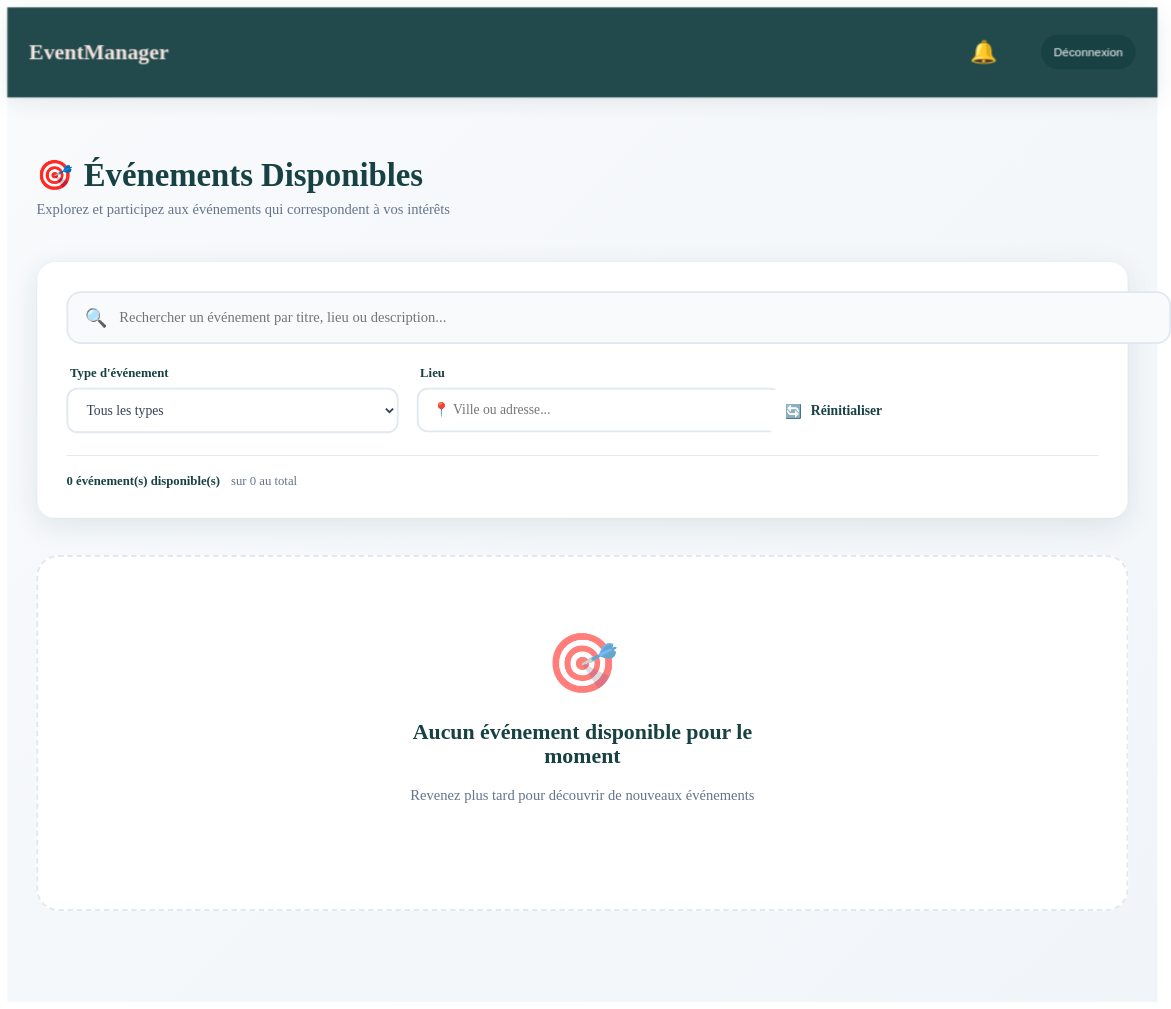
Repository: RADJA-A/DahiliRadja_Pjt_IW
Page: /participant/evenements (app in Front/gerement/)
The author's editor kept a copy of each file at every save. The page is drawn from the files as they stood at one save, then again after the next save.
The browser window is 1280 px wide. The page is 1287 px wide, so the pictures cover 1287 px, including what lies to the right of the window. The pictures show the whole page, at 91% of full size.
The project was rebuilt for these pictures with package versions that can differ from the ones it lists, and the page was loaded fresh each time. Also part of the build but not shown: Front/gerement/angular.json, Front/gerement/src/app/pages/home/home.component.ts, Front/gerement/src/app/components/avantages/avantages.component.ts, Front/gerement/src/app/components/procedure/procedure.component.ts, Front/gerement/src/app/components/services/services.component.ts, Front/gerement/src/app/pages/login/login.component.ts, Front/gerement/src/app/core/services/auth.service.ts, Front/gerement/src/app/pages/signin/signin.component.ts and 8 more.

Above is the page before, as saved 2025-12-15 17:08:57.

### Front/gerement/src/index.html
<!doctype html>
<html lang="en">
<head>
  <meta charset="utf-8">
  <title>Gerement</title>
  <base href="/">
  <meta name="viewport" content="width=device-width, initial-scale=1">
   <link rel="icon" type="image/x-icon" href="1.png">
</head>
<body>


  <app-root></app-root>
</body>
</html>

### Front/gerement/src/app/app.config.ts
import { ApplicationConfig, provideZoneChangeDetection } from '@angular/core';
import { provideRouter } from '@angular/router';
import { provideHttpClient, withInterceptors } from '@angular/common/http';
import { routes } from './app.routes';
import { authInterceptor } from './interceptors/auth.interceptor'; // Notez : pas de AuthInterceptor class

export const appConfig: ApplicationConfig = {
  providers: [
    provideZoneChangeDetection({ eventCoalescing: true }),
    provideRouter(routes),
    provideHttpClient(
      withInterceptors([authInterceptor])  // Utilisez la fonction
    )
  ]
};

### Front/gerement/src/app/app.component.ts
import { Component } from '@angular/core';
import { CommonModule } from '@angular/common';
import { Router, RouterOutlet, NavigationEnd } from '@angular/router';
import { HeaderComponent } from './components/header/header.component';
import { FooterComponent } from './components/footer/footer.component';
import { NavbarComponent } from './components/navbar/navbar.component';
import { filter } from 'rxjs/operators';

@Component({
  selector: 'app-root',
  standalone: true,
  imports: [
    CommonModule,
    RouterOutlet,
    HeaderComponent,
    FooterComponent,
    NavbarComponent // ← Ajout
  ],
  templateUrl: './app.component.html',
  styleUrls: ['./app.component.css']
})
export class AppComponent {
  title = 'gerement';
  showNavbar = false;

  constructor(private router: Router) {
    // Déterminer quand afficher la navbar
    this.router.events.pipe(
      filter(event => event instanceof NavigationEnd)
    ).subscribe((event: any) => {
      const url = event.url;
      this.showNavbar = !['/', '/login', '/signin'].includes(url);
    });
  }
}

### Front/gerement/src/app/app.routes.ts
import { Routes } from '@angular/router';
import { HomeComponent } from './pages/home/home.component';
import { LoginComponent } from './pages/login/login.component';
import { SigninComponent } from './pages/signin/signin.component';

// Organisateur
import { DashboardOrganisateurComponent } from './pages/organisateur/dashboard-organisateur/dashboard-organisateur.component';
import { MesEvenementsComponent } from './pages/organisateur/mes-evenements/mes-evenements.component';
import { CreerEvenementComponent } from './pages/organisateur/creer-evenement/creer-evenement.component';
import { ParticipantsEvenementComponent } from './pages/organisateur/participants-evenement/participants-evenement.component';
import { ModifierEvenementComponent } from './pages/organisateur/modifier-evenement/modifier-evenement.component';
// Participant
import { EvenementsDisponiblesComponent } from './pages/participant/evenements-disponibles/evenements-disponibles.component';
import { MesInscriptionsComponent } from './pages/participant/mes-inscriptions/mes-inscriptions.component';
import { DetailEvenementComponent } from './pages/participant/detail-evenement/detail-evenement.component';

export const routes: Routes = [
  { path: '', component: HomeComponent },
  { path: 'login', component: LoginComponent },
  { path: 'signin', component: SigninComponent },

  // Routes Organisateur
  { path: 'organisateur/dashboard', component: DashboardOrganisateurComponent },
  { path: 'organisateur/mes-evenements', component: MesEvenementsComponent },
  { path: 'organisateur/creer-evenement', component: CreerEvenementComponent },
   { path: 'organisateur/modifier-evenement/:id', component: ModifierEvenementComponent }, // ← AJOUT

  { path: 'organisateur/participants/:id', component: ParticipantsEvenementComponent },

  // Routes Participant
  { path: 'participant/evenements', component: EvenementsDisponiblesComponent },
  { path: 'participant/mes-inscriptions', component: MesInscriptionsComponent },
  { path: 'participant/evenement/:id', component: DetailEvenementComponent },

  { path: '**', redirectTo: '' }
];

### Front/gerement/src/app/interceptors/auth.interceptor.ts
// src/app/interceptors/auth.interceptor.ts
import { HttpInterceptorFn } from '@angular/common/http';
import { inject } from '@angular/core';
import { AuthService } from '../services/auth.service';

export const authInterceptor: HttpInterceptorFn = (req, next) => {
  const authService = inject(AuthService);
  const authHeaders = authService.getAuthHeaders();

  // Si pas de headers d'auth, passer à la suite
  if (Object.keys(authHeaders).length === 0) {
    return next(req);
  }

  // Pas besoin de convertir, authHeaders est déjà un objet simple
  const authReq = req.clone({
    setHeaders: authHeaders
  });

  return next(authReq);
};

### Front/gerement/src/app/app.component.html
<app-header *ngIf="!showNavbar"></app-header>
<app-navbar *ngIf="showNavbar"></app-navbar>
<router-outlet></router-outlet>
<app-footer *ngIf="!showNavbar"></app-footer>

### Front/gerement/src/app/components/header/header.component.ts
import { Component } from '@angular/core';
import { Router, RouterModule } from '@angular/router';

@Component({
  selector: 'app-header',
  standalone: true,
  imports: [RouterModule],
  templateUrl: './header.component.html',
  styleUrls: ['./header.component.css']
})
export class HeaderComponent {
  constructor(private router: Router) {}

  navigateToLogin() {
    this.router.navigate(['/login']);
  }

  navigateToSignin() {
    this.router.navigate(['/signin']);
  }

}

### Front/gerement/src/app/components/navbar/navbar.component.ts
import { Component, OnInit } from '@angular/core';
import { Router, RouterModule } from '@angular/router';
import { CommonModule } from '@angular/common';
import { NotificationsComponent } from '../notifications/notifications.component';
import { NotificationService } from '../../services/notification.service';

@Component({
  selector: 'app-navbar',
  imports: [CommonModule,NotificationsComponent,RouterModule],
  templateUrl: './navbar.component.html',
  styleUrls: ['./navbar.component.css']
})
export class NavbarComponent implements OnInit {
  user: any;
  notificationsCount = 0;
  showNotifications = false;

  constructor(
    private router: Router,
    private notificationService: NotificationService
  ) {}

  ngOnInit() {
    const userStr = localStorage.getItem('user');
    if (userStr) {
      this.user = JSON.parse(userStr);
      this.loadNotificationsCount();
    }
  }

  loadNotificationsCount() {
    this.notificationService.getNotificationsNonLues(this.user.id).subscribe(
      (notifications) => {
        this.notificationsCount = notifications.length;
      }
    );
  }

  toggleNotifications() {
    this.showNotifications = !this.showNotifications;
  }

  logout() {
    localStorage.removeItem('user');
    this.router.navigate(['/login']);
  }

  // Fix role check with multiple possibilities
  isOrganisateur(): boolean {
    const role = this.user?.role;
    console.log('Checking role:', role); // Debug log
    return role === 'ORGANIZER' || role === 'ADMIN';
  }

  // Add isParticipant method
  isParticipant(): boolean {
    const role = this.user?.role;
    return role === 'PARTICIPANT';
  }
}

### Front/gerement/src/app/components/header/header.component.html
<div id="logindiv">
  <nav>
    <h1>Gerement</h1>
    <ul class="liste">
      <li><a href="#avantages">Avantages</a></li>
      <li><a href="#services">Nos services</a></li>
      <li><a href="#procedure">Procedure</a></li>
    </ul>

    <!-- Wrap the buttons -->
    <div class="button-group">
      <button id="connectbtn" (click)="navigateToLogin()">Se connecter</button>
      <button id="signinbtn" (click)="navigateToSignin()">S'inscrire</button>
    </div>
  </nav>
</div>

### Front/gerement/src/app/components/header/header.component.css
*{
    font-family: DM sans-serif ;
}


body::-webkit-scrollbar {
    width : 10px;
}

body::-webkit-scrollbar-track {
    background :#174143;
}

body::-webkit-scrollbar-thumb {
    background-color :#F5E5E1;
    border-radius: 10px 10px ;
}


nav {
    display: flex;
    justify-content: space-between; /* h1 left, everything else right */
    align-items: center;
    padding: 0 20px;
}

.button-group {
    display: flex;
    gap: 10px; /* space between the two buttons */
}


nav h1 {
    color: #174143;
    margin: 0;
}

nav ul {
    display: flex;
    list-style: none;
    margin: 0;
    padding: 0;
    gap: 30px;
    align-items: center;
    font-size: 20px;
}

nav ul li {
    margin: 0;
    padding: 0;
}

nav ul li a {
    text-decoration: none;
    color: black;
    line-height: 1;
    display: flex;
    align-items: center;
}

nav ul li a:hover{
    font-weight: bold;
}


button{
    border: none;
    border-radius: 50px;
     background-color:  #174143;
    color: white;
    height : 48px;
    width : 134px;
    font-size: 19px;
}

button:hover{
    cursor: pointer;
    transition : 0.2s ease-in-out  ;
    background-color:  #F5E5E1;
    color:  #174143;
}

### Front/gerement/src/app/components/footer/footer.component.html
<footer class="custom-footer">
  <div class="footer-section">
    <p>Université d'alger 1</p>
    <p>Alger centre</p>
    <p>Alger, Algerie</p>
  </div>



  <div class="footer-bottom">
    <p>Gerement™</p>
    <p>© 2025 All Rights Reserved</p>
  </div>
</footer>

### Front/gerement/src/app/components/footer/footer.component.css
.custom-footer {
  background: #174143;
  padding: 30px;
  text-align: center;
  color: #F5E5E1;
  font-family: Arial, sans-serif;
  border-top: 1px solid #ddd;
}


.footer-bottom {
  margin-top: 15px;
  font-size: 13px;
  color: #d7beb8;
}

### Front/gerement/src/app/components/navbar/navbar.component.html
<nav class="navbar">
  <div class="navbar-container">
    <div class="navbar-brand">
      <h2>EventManager</h2>
    </div>

    <div class="navbar-menu">
      <ng-container *ngIf="isOrganisateur()">
        <!-- Add routerLink directive -->
        <a [routerLink]="['/organisateur/dashboard']" routerLinkActive="active">Dashboard</a>
        <a [routerLink]="['/organisateur/mes-evenements']" routerLinkActive="active">Mes Événements</a>
        <a [routerLink]="['/organisateur/creer-evenement']" routerLinkActive="active">Créer</a>
      </ng-container>

      <ng-container *ngIf="isParticipant()">
        <!-- Add routerLink directive -->
        <a [routerLink]="['/participant/evenements']" routerLinkActive="active">Événements</a>
        <a [routerLink]="['/participant/mes-inscriptions']" routerLinkActive="active">Mes Inscriptions</a>

      </ng-container>
    </div>

    <div class="navbar-actions">
      <div class="notification-btn" (click)="toggleNotifications()">
        <span class="icon">🔔</span>
        <span class="badge-notif" *ngIf="notificationsCount > 0">{{ notificationsCount }}</span>
      </div>

      <div class="user-menu">
        <span>{{ user?.prenom }} {{ user?.nom }}</span>
        <button class="btn btn-secondary" (click)="logout()">Déconnexion</button>
      </div>
    </div>
  </div>

  <!-- Dropdown notifications -->
  <app-notifications *ngIf="showNotifications" [userId]="user?.id"></app-notifications>
</nav>

### Front/gerement/src/app/components/navbar/navbar.component.css
.navbar {
  background: rgba(23, 65, 67, 0.95);
  backdrop-filter: blur(10px);
  box-shadow: 0 4px 24px rgba(23, 65, 67, 0.1);
  position: sticky;
  top: 0;
  z-index: 1000;
}

.navbar-container {
  max-width: 1400px;
  margin: 0 auto;
  padding: 16px 24px;
  display: flex;
  justify-content: space-between;
  align-items: center;
}

.navbar-brand h2 {
  color: #F5E5E1;
  font-size: 24px;
  font-weight: 700;
}

.navbar-menu {
  display: flex;
  gap: 32px;
}

.navbar-menu a {
  color: #F5E5E1;
  text-decoration: none;
  font-weight: 500;
  padding: 8px 16px;
  border-radius: 8px;
  transition: all 0.3s ease;
}

.navbar-menu a:hover,
.navbar-menu a.active {
  background: rgba(245, 229, 225, 0.1);
  color: white;
}

.navbar-actions {
  display: flex;
  align-items: center;
  gap: 24px;
}

.notification-btn {
  position: relative;
  cursor: pointer;
  padding: 8px;
  border-radius: 50%;
  transition: background 0.3s ease;
}

.notification-btn:hover {
  background: rgba(245, 229, 225, 0.1);
}

.notification-btn .icon {
  font-size: 24px;
}

.badge-notif {
  position: absolute;
  top: 0;
  right: 0;
  background: #dc3545;
  color: white;
  border-radius: 50%;
  width: 20px;
  height: 20px;
  display: flex;
  align-items: center;
  justify-content: center;
  font-size: 11px;
  font-weight: 700;
}

.user-menu {
  display: flex;
  align-items: center;
  gap: 16px;
  color: #F5E5E1;
}

button{
    border: none;
    border-radius: 50px;
     background-color:  #174143;
    color: white;
    height : 38px;
    width : 104px;
    font-size: 13px;
}

button:hover{
    cursor: pointer;
    transition : 0.2s ease-in-out  ;
    background-color:  #F5E5E1;
    color:  #174143;
}

### Front/gerement/src/app/services/evenement.service.ts
import { Injectable } from '@angular/core';
import { HttpClient } from '@angular/common/http';
import { Observable } from 'rxjs';

export interface Evenement {
  id?: number;
  titre: string;
  type: string;
  lieu: string;
  dateDebut: string;
  dateFin: string;
  capaciteMax: number;
  nombreInscrits?: number;
  organisateurId: number;
  statut?: string;
  imageUrl?: string;
  programme?: string;
  placesDisponibles?: number;
}
@Injectable({
  providedIn: 'root'
})
export class EvenementService {
  private apiUrl = 'http://localhost:8082/api/evenements';

  constructor(private http: HttpClient) {}

  // Tous les événements
  getAllEvenements(): Observable<Evenement[]> {
    return this.http.get<Evenement[]>(this.apiUrl);
  }

  // Événements d'un organisateur
  getMesEvenements(organisateurId: number): Observable<Evenement[]> {
    return this.http.get<Evenement[]>(`${this.apiUrl}/organisateur/${organisateurId}`);
  }

  // Un événement par ID
  getEvenementById(id: number): Observable<Evenement> {
    return this.http.get<Evenement>(`${this.apiUrl}/${id}`);
  }

  // Créer événement
  createEvenement(evenement: Evenement): Observable<Evenement> {
    return this.http.post<Evenement>(this.apiUrl, evenement);
  }

  // Modifier événement
  updateEvenement(id: number, evenement: any, userId: number): Observable<Evenement> {
    return this.http.put<Evenement>(`${this.apiUrl}/${id}`, evenement, {
      headers: { 'User-Id': userId.toString() }
    });

  }

  // Supprimer événement
  deleteEvenement(id: number, userId: number): Observable<void> {
    return this.http.delete<void>(`${this.apiUrl}/${id}`, {
      headers: { 'User-Id': userId.toString() }
    });
  }

  // Rechercher
  searchEvenements(params: any): Observable<Evenement[]> {
    return this.http.get<Evenement[]>(`${this.apiUrl}/search`, { params });
  }

  // Statistiques
  getStatistiques(organisateurId: number): Observable<any> {
    return this.http.get(`${this.apiUrl}/statistiques/${organisateurId}`);
  }
}

### Front/gerement/src/app/pages/participant/evenements-disponibles/evenements-disponibles.component.html
<div class="evenements-disponibles">
  <div class="container">
    <!-- En-tête élégant -->
    <div class="page-header">
      <div class="header-content">
        <div class="header-text">
          <h1><span class="header-icon">🎯</span> Événements Disponibles</h1>
          <p class="subtitle">Explorez et participez aux événements qui correspondent à vos intérêts</p>
        </div>
      </div>
    </div>

    <!-- Barre de recherche et filtres améliorée -->
    <div class="search-filters card">
      <div class="search-container">
        <div class="search-icon">🔍</div>
        <input
          type="text"
          [(ngModel)]="searchTerm"
          placeholder="Rechercher un événement par titre, lieu ou description..."
          class="search-input">
      </div>

      <div class="filters-grid">
        <div class="filter-group">
          <label class="filter-label">Type d'événement</label>
          <select [(ngModel)]="filterType" class="filter-select">
            <option value="">Tous les types</option>
            <option value="CONFERENCE">🎤 Conférence</option>
            <option value="FORMATION">📚 Formation</option>
            <option value="CONCERT">🎵 Concert</option>
            <option value="JOURNEE_SCIENTIFIQUE">🔬 Journée Scientifique</option>
            <option value="JOURNEE_CULTURELLE">🎨 Journée Culturelle</option>
            <option value="SEMINAIRE">💼 Séminaire</option>
            <option value="ATELIER">🛠️ Atelier</option>
            <option value="MARIAGE">💍 Mariage</option>
            <option value="AUTRE">📌 Autre</option>
          </select>
        </div>

        <div class="filter-group">
          <label class="filter-label">Lieu</label>
          <input
            type="text"
            [(ngModel)]="filterLieu"
            placeholder="📍 Ville ou adresse..."
            class="filter-input">
        </div>

        <div class="filter-actions">
          <button class="btn btn-secondary" (click)="clearFilters()">
            <span class="btn-icon">🔄</span> Réinitialiser
          </button>
        </div>
      </div>

      <div class="results-summary">
        <span class="results-count">{{ evenementsFiltres.length }} événement(s) disponible(s)</span>
        <span class="results-total">sur {{ evenements.length }} au total</span>
      </div>
    </div>

    <!-- État de chargement -->
    <div class="loading-state" *ngIf="loading">
      <div class="spinner"></div>
      <p>Chargement des événements...</p>
    </div>

    <!-- Grille d'événements -->
    <div class="events-grid" *ngIf="!loading && evenementsFiltres.length > 0">
      <div class="event-card card" *ngFor="let event of evenementsFiltres" [class.inscrit]="isInscrit(event.id!)">
        <!-- Image de l'événement -->
        <div class="event-image-section">
          <div class="event-image">
            <img [src]="getEventImage(event.type)" [alt]="event.titre">
          </div>
          <div class="event-status" [class]="'status-' + getStatutColor(event.statut!)">
            {{ event.statut }}
          </div>
          <div class="event-type-badge">
            {{ getTypeEmoji(event.type) }} {{ formatEventType(event.type) }}
          </div>
          <div class="inscription-badge" *ngIf="isInscrit(event.id!)">
            <span class="badge-icon">✅</span> Inscrit
          </div>
        </div>

        <div class="event-content">
          <!-- En-tête de l'événement -->
          <div class="event-header">
            <h3 class="event-title">{{ event.titre }}</h3>
            <div class="event-meta">
              <span class="meta-item">
                <span class="meta-icon">📅</span>
                {{ event.dateDebut | date:'dd/MM/yy' }}
              </span>
              <span class="meta-item">
                <span class="meta-icon">👥</span>
                {{ event.nombreInscrits || 0 }}/{{ event.capaciteMax }}
              </span>
            </div>
          </div>

          <!-- Détails de l'événement -->
          <div class="event-details">
            <div class="detail-item">
              <span class="detail-icon">📍</span>
              <span class="detail-text">{{ event.lieu }}</span>
            </div>
            <div class="detail-item">
              <span class="detail-icon">🕐</span>
              <span class="detail-text">{{ event.dateDebut | date:'HH:mm' }} - {{ event.dateFin | date:'HH:mm' }}</span>
            </div>
            <div class="detail-item" *ngIf="event.description">
              <span class="detail-icon">📝</span>
              <span class="detail-text">{{ event.description | truncate:100 }}</span>
            </div>
          </div>

          <!-- Barre de progression -->
          <div class="event-progress">
            <div class="progress-info">
              <span class="progress-label">Inscriptions</span>
              <span class="progress-percentage">{{ getProgressPercentage(event) }}%</span>
            </div>
            <div class="progress-bar">
              <div class="progress-fill" [style.width.%]="getProgressPercentage(event)"></div>
            </div>
            <div class="progress-stats">
              <span>{{ event.capaciteMax - (event.nombreInscrits || 0) }} places restantes</span>
            </div>
          </div>

          <!-- Actions -->
          <div class="event-actions">
            <button class="btn btn-outline" (click)="voirDetails(event.id!)">
              <span class="btn-icon">👁️</span> Voir détails
            </button>

            <button
              *ngIf="!isInscrit(event.id!)"
              class="btn btn-primary"
              (click)="sinscrire(event)"
              [disabled]="event.statut === 'COMPLET'"
              [class.btn-disabled]="event.statut === 'COMPLET'">
              <span class="btn-icon">✅</span>
              {{ event.statut === 'COMPLET' ? 'Complet' : 'S\'inscrire' }}
            </button>

            <button
              *ngIf="isInscrit(event.id!)"
              class="btn btn-success"
              disabled>
              <span class="btn-icon">✓</span> Déjà inscrit
            </button>
          </div>
        </div>
      </div>
    </div>

    <!-- État vide -->
    <div class="empty-state" *ngIf="!loading && evenementsFiltres.length === 0">
      <div class="empty-content">
        <div class="empty-icon">🎯</div>
        <h3 *ngIf="evenements.length === 0">Aucun événement disponible pour le moment</h3>
        <h3 *ngIf="evenements.length > 0 && evenementsFiltres.length === 0">
          Aucun événement ne correspond à vos critères
        </h3>
        <p *ngIf="evenements.length === 0">
          Revenez plus tard pour découvrir de nouveaux événements
        </p>
        <p *ngIf="evenements.length > 0 && evenementsFiltres.length === 0">
          Essayez de modifier vos filtres ou vos termes de recherche
        </p>
        <button class="btn btn-secondary" (click)="clearFilters()"
                *ngIf="evenements.length > 0 && evenementsFiltres.length === 0">
          <span class="btn-icon">🔄</span> Réinitialiser les filtres
        </button>
      </div>
    </div>
  </div>
</div>

Loaded but not shown: Front/gerement/src/styles.css (common file); Front/gerement/src/main.ts (common file); Front/gerement/src/app/components/footer/footer.component.ts (common file); Front/gerement/src/app/pages/participant/evenements-disponibles/evenements-disponibles.component.css (651 lines, source omitted); Front/gerement/src/app/services/inscription.service.ts (178 lines, source omitted); Front/gerement/src/app/pages/participant/evenements-disponibles/evenements-disponibles.component.ts (181 lines, source omitted); Front/gerement/src/app/services/auth.service.ts (196 lines, source omitted); Front/gerement/src/app/services/notification.service.ts (100 lines, source omitted); Front/gerement/src/app/app.component.css (no stored copy; drawn as an empty file)

After the next save:
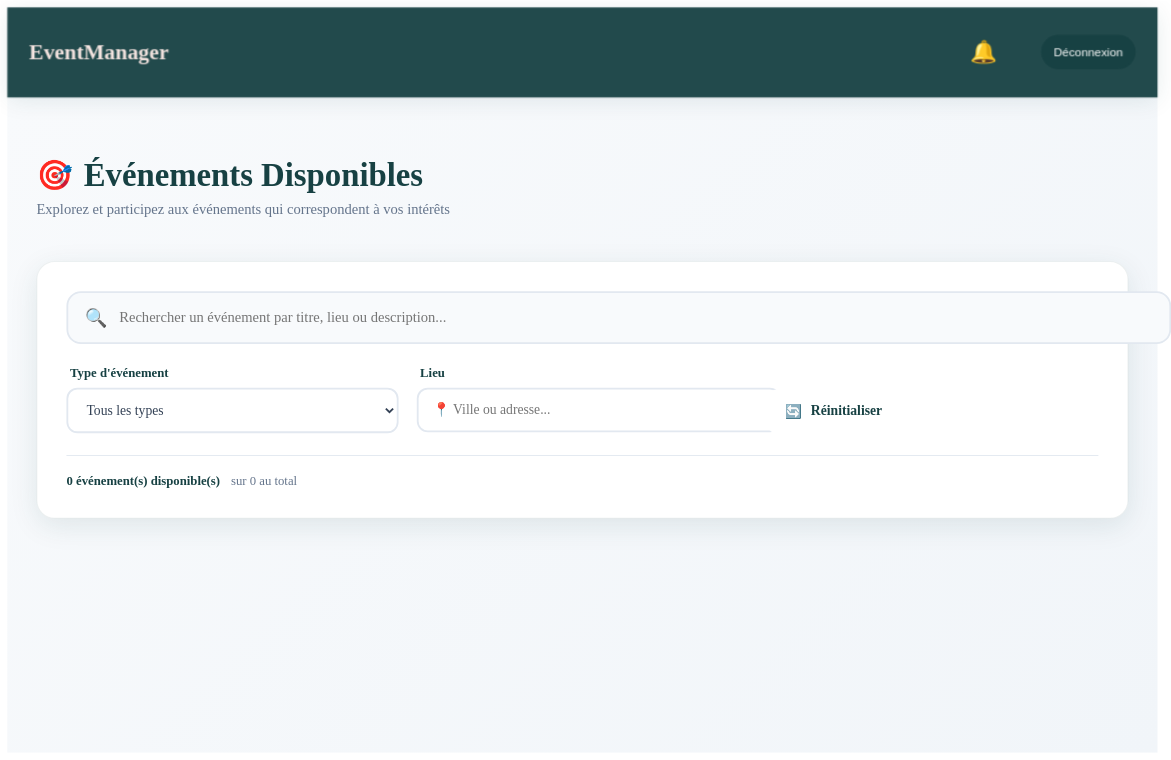
Saved 12 s later.
--- a/Front/gerement/src/app/pages/participant/evenements-disponibles/evenements-disponibles.component.html
+++ b/Front/gerement/src/app/pages/participant/evenements-disponibles/evenements-disponibles.component.html
@@ -110,11 +110,7 @@
             <div class="detail-item">
               <span class="detail-icon">🕐</span>
               <span class="detail-text">{{ event.dateDebut | date:'HH:mm' }} - {{ event.dateFin | date:'HH:mm' }}</span>
-            </div>
-            <div class="detail-item" *ngIf="event.description">
-              <span class="detail-icon">📝</span>
-              <span class="detail-text">{{ event.description | truncate:100 }}</span>
-            </div>
+
           </div>
 
           <!-- Barre de progression -->
